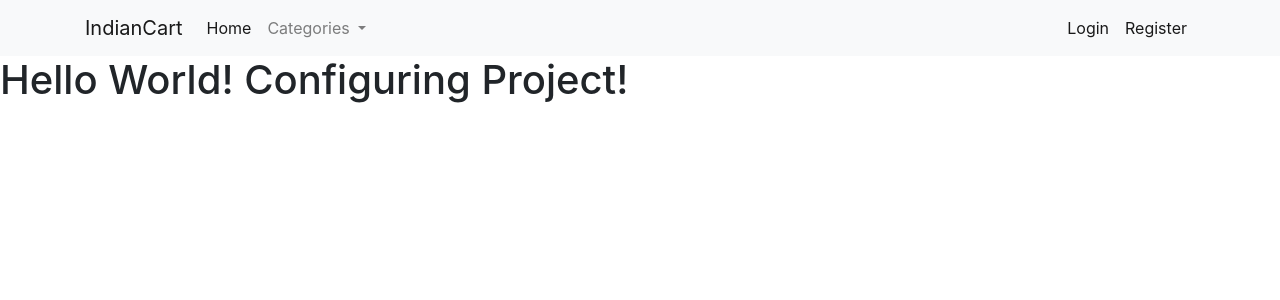
Repository: neerajchavan/E-Commerce-Project
Page: http://localhost/E-Commerce-Project/
The author's editor kept a copy of each file at every save. The page is drawn from the files as they stood at one save, then again after the next save.
The browser window is 1280 px wide. The pictures show the whole page.
Some web libraries are served in a nearby version. The page is served by Tomcat 9. Other server files are loaded and not shown.

Above is the page before, as saved 2020-10-07 15:10:33.

### E-Commerce-Project/WebContent/index.jsp
<%@ page language="java" contentType="text/html; charset=UTF-8"
    pageEncoding="UTF-8"%>
<!DOCTYPE html>
<html>

<head>
<meta charset="UTF-8">
<title>Insert title here</title>
<%@include file="Components/Common_JS_CSS.jsp" %>

</head>

<body>
	<%@include file="Components/navbar.jsp" %>
	<h1>Hello World! Configuring Project!</h1>
</body>

</html>

### E-Commerce-Project/WebContent/Components/Common_JS_CSS.jsp
<!-- CSS -->
<link rel="stylesheet" href="https://maxcdn.bootstrapcdn.com/bootstrap/4.0.0/css/bootstrap.min.css" integrity="sha384-Gn5384xqQ1aoWXA+058RXPxPg6fy4IWvTNh0E263XmFcJlSAwiGgFAW/dAiS6JXm" crossorigin="anonymous">
<link rel="stylesheet" href="CSS/Style.css">

<!-- BOOTSTRAP -->
<script src="https://code.jquery.com/jquery-3.2.1.slim.min.js" integrity="sha384-KJ3o2DKtIkvYIK3UENzmM7KCkRr/rE9/Qpg6aAZGJwFDMVNA/GpGFF93hXpG5KkN" crossorigin="anonymous"></script>
<script src="https://cdnjs.cloudflare.com/ajax/libs/popper.js/1.12.9/umd/popper.min.js" integrity="sha384-ApNbgh9B+Y1QKtv3Rn7W3mgPxhU9K/ScQsAP7hUibX39j7fakFPskvXusvfa0b4Q" crossorigin="anonymous"></script>
<script src="https://maxcdn.bootstrapcdn.com/bootstrap/4.0.0/js/bootstrap.min.js" integrity="sha384-JZR6Spejh4U02d8jOt6vLEHfe/JQGiRRSQQxSfFWpi1MquVdAyjUar5+76PVCmYl" crossorigin="anonymous"></script>

<!-- JS -->
<script src="js/script.js"></script>

### E-Commerce-Project/WebContent/Components/navbar.jsp
<nav class="navbar navbar-expand-lg navbar-light bg-light">
<div class="container">
  <a class="navbar-brand" href="#">IndianCart</a>
  <button class="navbar-toggler" type="button" data-toggle="collapse" data-target="#navbarSupportedContent" aria-controls="navbarSupportedContent" aria-expanded="false" aria-label="Toggle navigation">
    <span class="navbar-toggler-icon"></span>
  </button>

  <div class="collapse navbar-collapse" id="navbarSupportedContent">
    <ul class="navbar-nav mr-auto">
      <li class="nav-item active">
        <a class="nav-link" href="#">Home <span class="sr-only">(current)</span></a>
      </li>

      <li class="nav-item dropdown">
        <a class="nav-link dropdown-toggle" href="#" id="navbarDropdown" role="button" data-toggle="dropdown" aria-haspopup="true" aria-expanded="false">
          Categories
        </a>
        <div class="dropdown-menu" aria-labelledby="navbarDropdown">
          <a class="dropdown-item" href="#">Action</a>
          <a class="dropdown-item" href="#">Another action</a>
          <div class="dropdown-divider"></div>
          <a class="dropdown-item" href="#">Something else here</a>
        </div>
      </li>

    </ul>

	<ul class="navbar-nav ml-auto">
		<li class="nav-item active">
        	<a class="nav-link" href="Login.jsp">Login</a>
      </li>

      <li class="nav-item active">
        	<a class="nav-link" href="Register.jsp">Register</a>
      </li>

	</ul>
  </div>
</div>
</nav>

### E-Commerce-Project/WebContent/CSS/Style.css
.custom-bg{
	background:#2196f3!important;
}

body{
	baclground:yellow;
}

### E-Commerce-Project/WebContent/JS/Script.js
alert('Loading JS!')

After the next save:
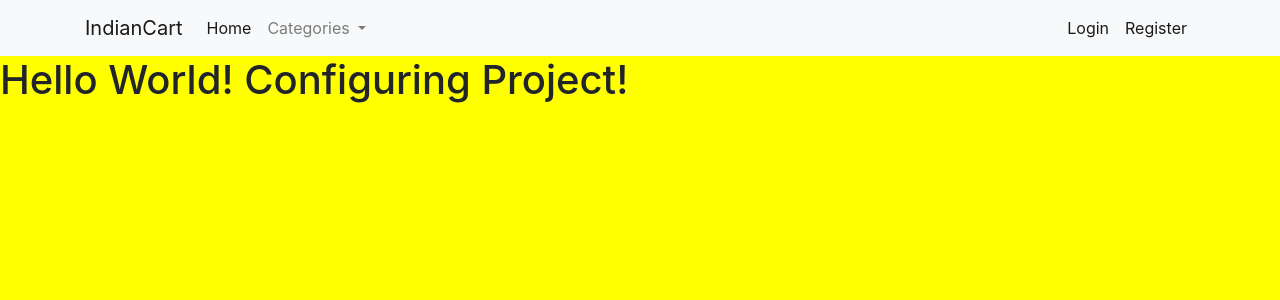
Saved 63 s later.
--- a/E-Commerce-Project/WebContent/CSS/Style.css
+++ b/E-Commerce-Project/WebContent/CSS/Style.css
@@ -3,5 +3,5 @@
 }
 
 body{
-	baclground:yellow;
+	background:yellow;
 }
